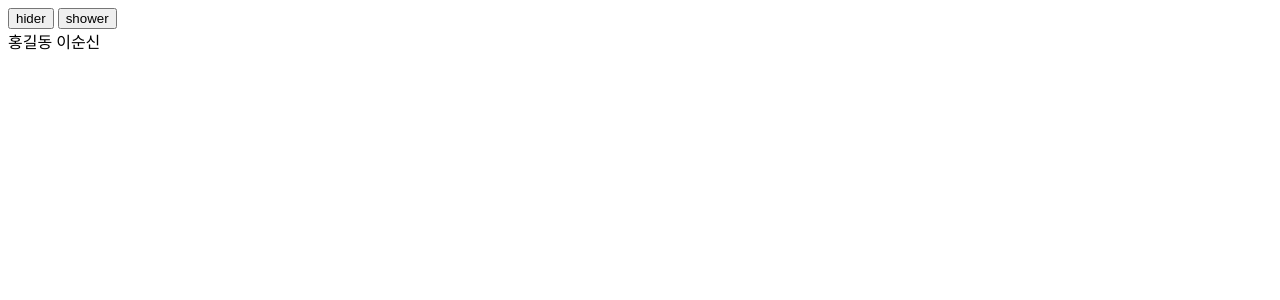
Repository: velSeon/Jsp_study
Page: workshop8/WebContent/ajax.html
These files come from the project's save history. The page is drawn as it stood at one moment and after the next save; the edit follows.
The browser window is 1280 px wide. The pictures show the whole page.

Above is the page before, as saved 2020-10-05 05:32:59.
Console error: ReferenceError: $ is not defined

After the next save:
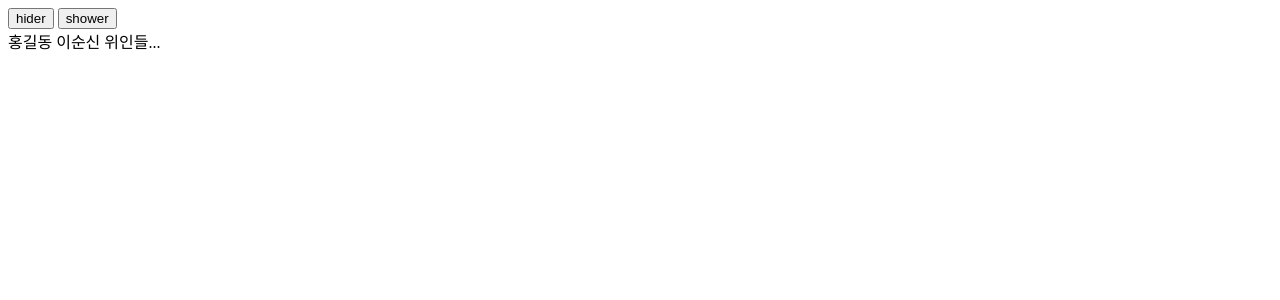
Saved 82 s later.
--- a/workshop8/WebContent/ajax.html
+++ b/workshop8/WebContent/ajax.html
@@ -5,8 +5,13 @@
 <title>Insert title here</title>
 <script type="text/javascript">
 $(document).ready(function(){
-	$("#toggler").click(function(){
-		$("span").toggle("slow");
+	$("#hider").click(function(){
+		$("span").hide("slow");
+	});
+	$("#shower").click(function(){
+		$("span").show(2000,function(){
+			$("#red").css("font-size","30px");
+		});
 	});
 });
 </script>
@@ -16,6 +21,7 @@ $(document).ready(function(){
 <button id="shower">shower</button>
 <div>
 <span>홍길동</span> <span>이순신</span>
+<span id = "red">위인들...</span>
 </div>
 </body>
 </html>
